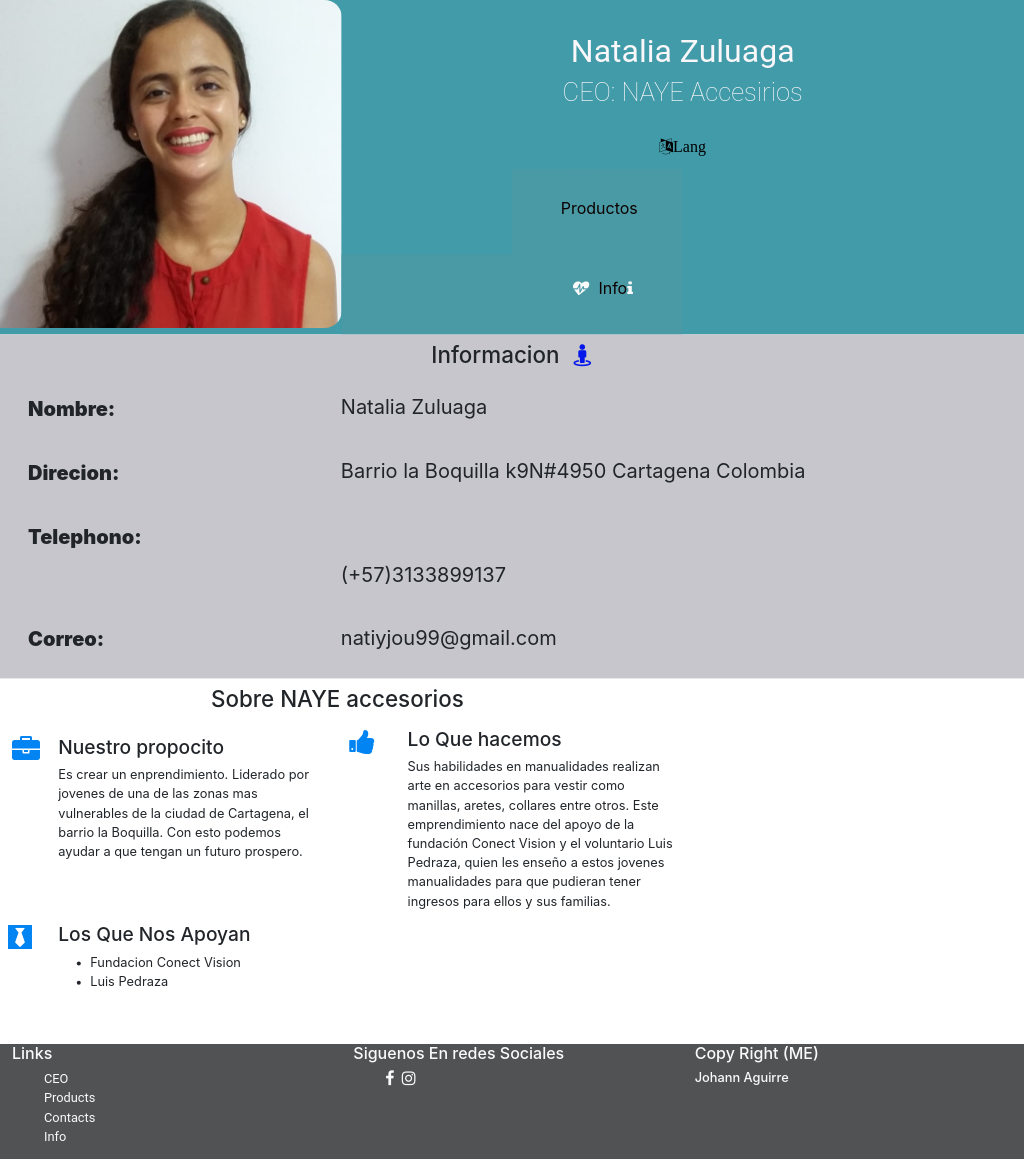
Repository: cachimiro/1-mile-stone-project
Page: index.html
The author's editor kept a record of every edit. The page is drawn from the files as they stood at one moment, then again after the next edit.
The browser window is 1280 px wide. The page is 1295 px wide, so the pictures cover 1295 px, including what lies to the right of the window. The pictures show the whole page, at 80% of full size.
Some web libraries are served in a nearby version.

Above is the page before.

After the next edit:
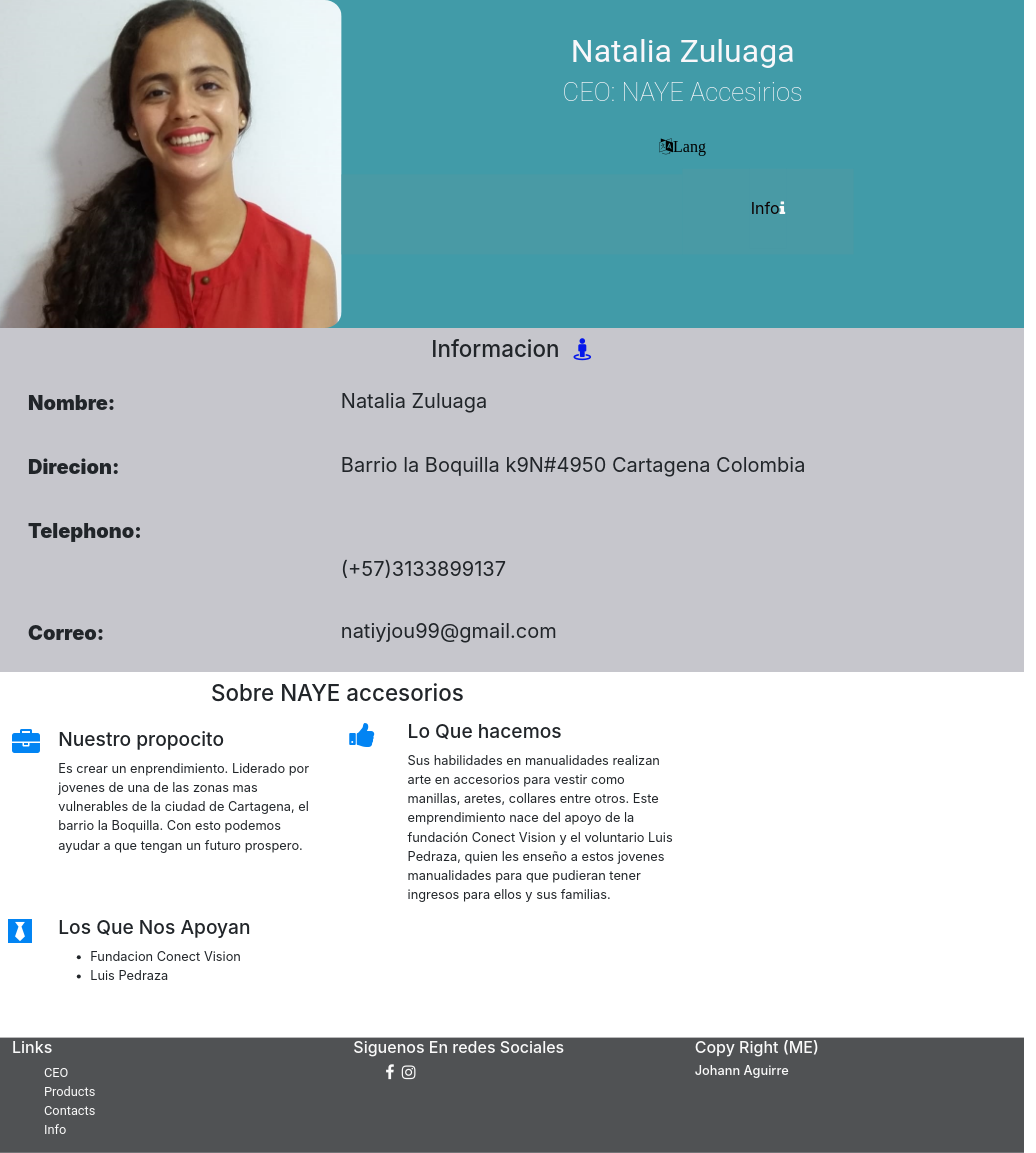
The edit:
--- a/index.html
+++ b/index.html
@@ -42,8 +42,8 @@
                         </div>
                         <div class="col-6 col-sm-3 ui-menu-color-contacto list-inline-item menuitem">
                             <a href="contactos.html">Contacto<i class="fa fa-contact hvr-icon" aria-hidden="true"> <span><i class="far fa-id-card"></i></span></i>  </a>
-                        </li>
-                        <li class="col-6 col-sm-3 ui-menu-color-productos list-inline-item menuitem">
+                        </div>
+                        <div class="col-6 col-sm-3 ui-menu-color-productos list-inline-item menuitem">
                             <a href="productos.html"> Productos<i class="fa fa-crown hvr-icon" aria-hidden="true"> <span><i class="fas fa-heartbeat"></i></span></i>  </a>
                         </li>
                         <li class="col-6 col-sm-3 ui-menu-color-info list-inline-item menuitem">
